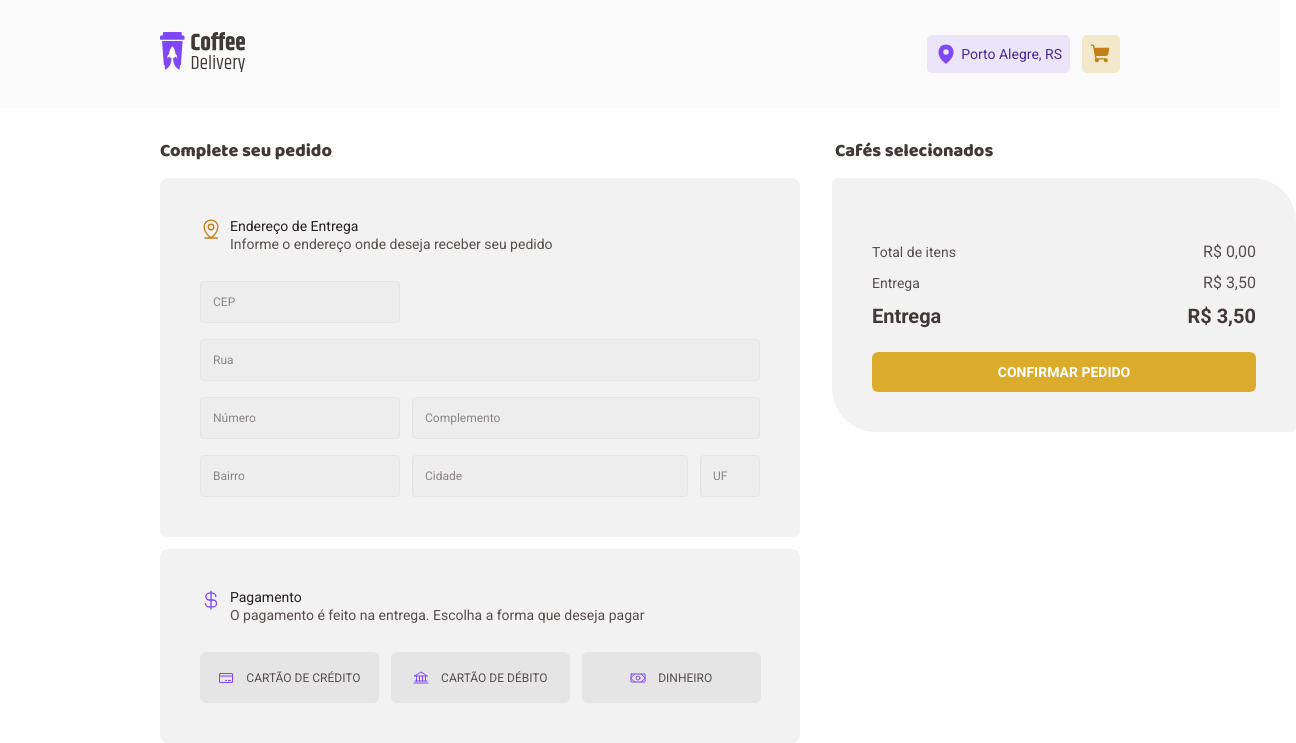
Repository: caueenrico/CoffeDelivery
Page: /checkout
An editor plug-in stored every save of this project. The page is shown before and after a run of saves, followed by the edit.
The browser window is 1280 px wide. The page is 1296 px wide, then 1280 px, then 1296 px, so the pictures cover 1296 px, including what lies to the right of the window. The pictures show the whole page.
The project was rebuilt for these pictures with package versions that can differ from the ones it lists, and the page was loaded fresh each time. Also part of the build but not shown: vite.config.ts, src/components/IpuntNumber/styles.ts, src/components/IpuntNumber/index.tsx, src/pages/CheckOut/components/SelectedCoffes/styles.ts, src/pages/CheckOut/components/SelectedCoffes/index.tsx, src/pages/CheckOut/Pages/Success/styles.ts, src/pages/CheckOut/Pages/Success/components/SendRequest/styles.ts, src/pages/CheckOut/Pages/Success/components/SendRequest/index.tsx and 8 more.

Above is the page before, as saved 2022-10-06 02:18:47.

After the next 2 saves:
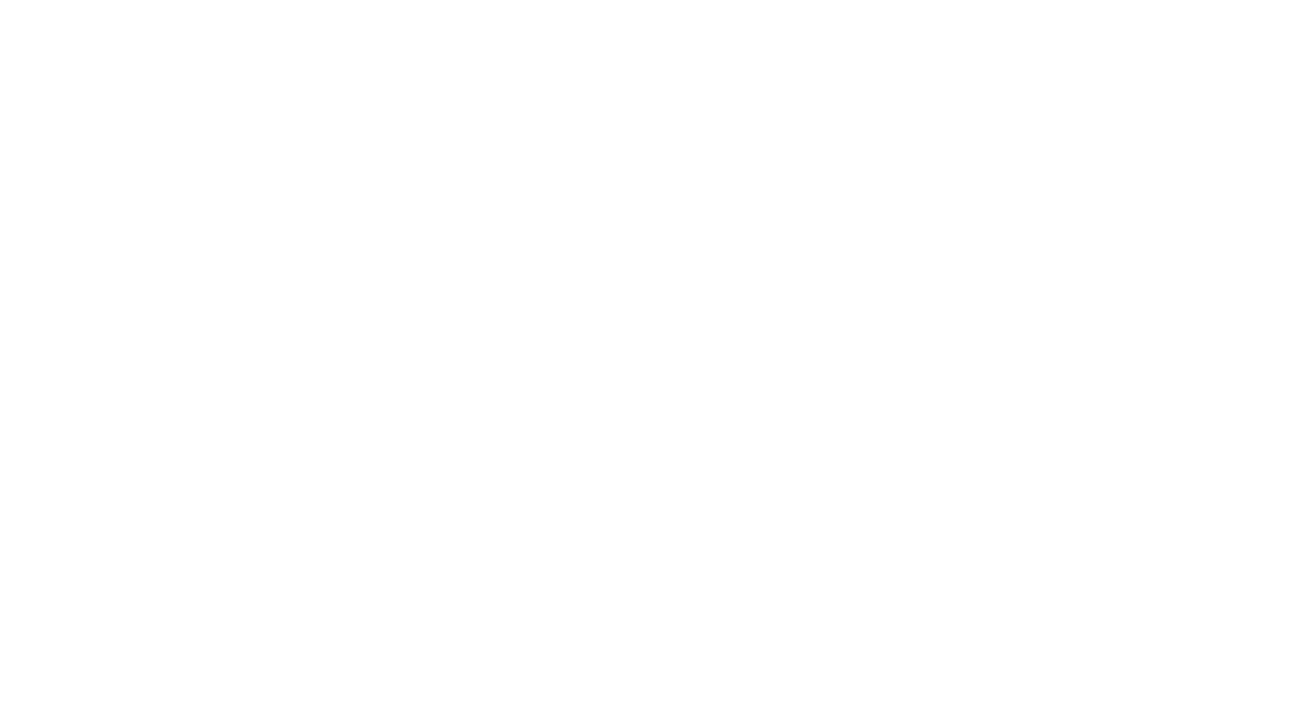
Console error: ReferenceError: handlePaymentMethod is not defined
The 2 saves are shown as one change because they came seconds apart.
The last was saved 24 s later.
--- a/src/components/MetodosPagamento/index.tsx
+++ b/src/components/MetodosPagamento/index.tsx
@@ -8,11 +8,7 @@
 }
 
 export function MetodosdePagamentos({icon, title} : PagamentosProps){
-  const {metodo, setMetodo} = useState('')
 
-  function handlePaymentMethod(){
-    setMetodo(title)
-  }
 
   return(
     <PaymentMethodos onClick={handlePaymentMethod}>

After the save that followed:
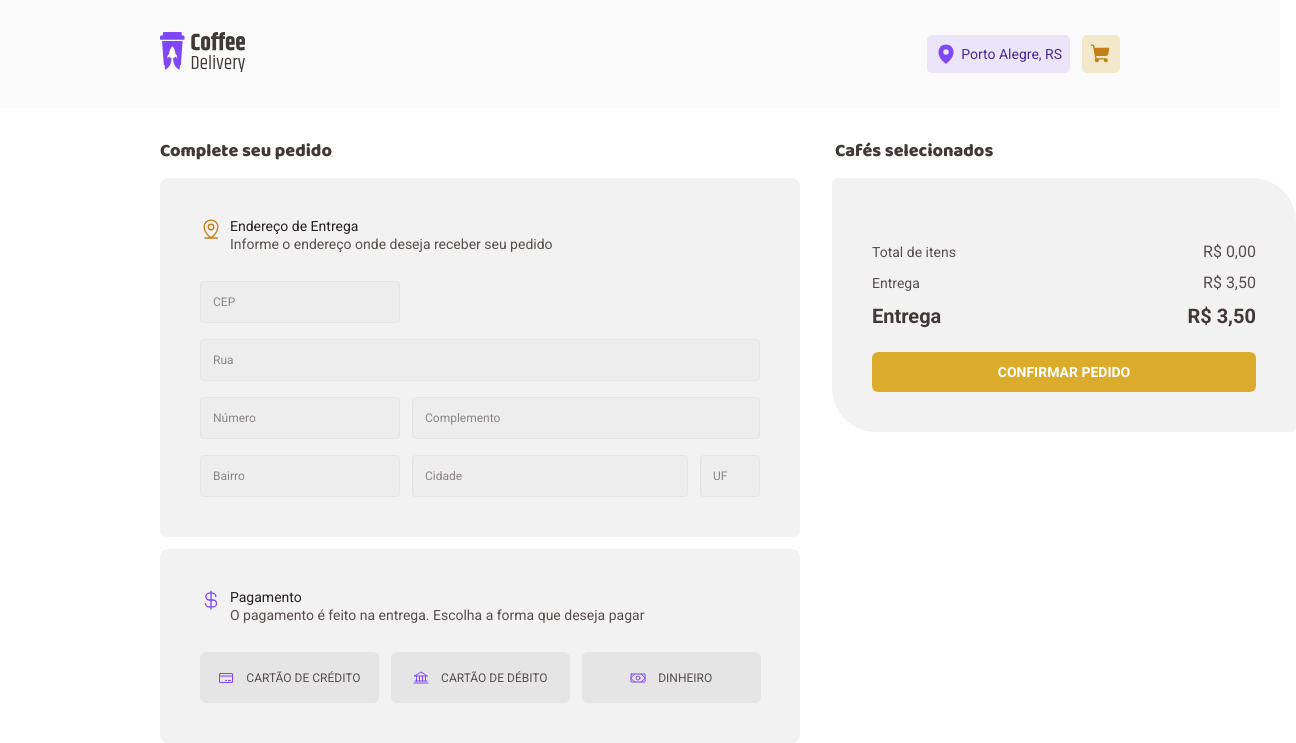
The error is gone.
Saved 5 s later.
--- a/src/components/MetodosPagamento/index.tsx
+++ b/src/components/MetodosPagamento/index.tsx
@@ -11,7 +11,7 @@
 
 
   return(
-    <PaymentMethodos onClick={handlePaymentMethod}>
+    <PaymentMethodos >
       {icon} {title}
     </PaymentMethodos>
   )
